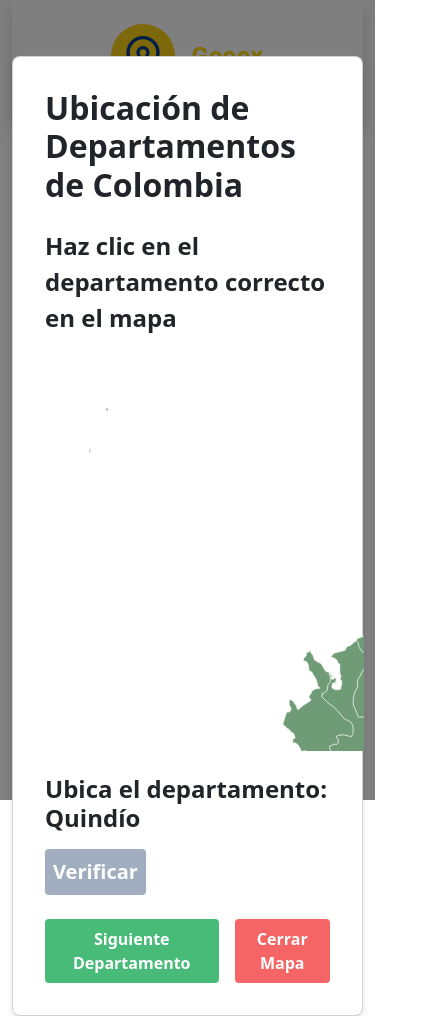
Repository: AngelPalaciosN/GeoEx-colombia
Page: / (app in geoex-colombia/), after clicking the first element matching `button.btn`
An editor plug-in stored every save of this project. The page is shown before and after the next save, followed by the edit.
The browser window is 375 px wide. The page is 444 px wide, so the pictures cover 444 px, including what lies to the right of the window. The pictures show the whole page.
The project was rebuilt for these pictures with package versions that can differ from the ones it lists, and the page was loaded fresh each time.

Above is the page before, as saved 2024-10-14 17:18:34.

### geoex-colombia/public/index.html
<!DOCTYPE html>
<html lang="en">
  <head>
    <meta charset="utf-8" />
    <meta name="viewport" content="width=device-width, initial-scale=1" />
    <meta
      name="description"
      content="Web site created using create-react-app"
    />
    <link rel="apple-touch-icon" href="%PUBLIC_URL%/logo192.png" />
    <!--
      manifest.json provides metadata used when your web app is installed on a
      user's mobile device or desktop. See https://developers.google.com/web/fundamentals/web-app-manifest/
    -->
    <link rel="manifest" href="%PUBLIC_URL%/manifest.json" />
    <!--
      Notice the use of %PUBLIC_URL% in the tags above.
      It will be replaced with the URL of the `public` folder during the build.
      Only files inside the `public` folder can be referenced from the HTML.

      Unlike "/favicon.ico" or "favicon.ico", "%PUBLIC_URL%/favicon.ico" will
      work correctly both with client-side routing and a non-root public URL.
      Learn how to configure a non-root public URL by running `npm run build`.
    -->
    <title>GeoEx-Colombia</title>
  </head>
  <body>
    <noscript>You need to enable JavaScript to run this app.</noscript>
    <div id="root"></div>
    <!--
      This HTML file is a template.
      If you open it directly in the browser, you will see an empty page.

      You can add webfonts, meta tags, or analytics to this file.
      The build step will place the bundled scripts into the <body> tag.

      To begin the development, run `npm start` or `yarn start`.
      To create a production bundle, use `npm run build` or `yarn build`.
    -->
  </body>
</html>

### geoex-colombia/src/index.js
import React from 'react';
import ReactDOM from 'react-dom/client';
import 'bootstrap/dist/js/bootstrap.bundle.min';
import './scss/style.scss';
import App from './App';


const root = ReactDOM.createRoot(document.getElementById('root'));
root.render(
  <React.StrictMode>
    <App />
  </React.StrictMode>
);

### geoex-colombia/src/scss/style.scss
$primary: #FFD700;
$secondary: #0033A0;
$danger: #CE1126;

@import "~bootstrap/scss/bootstrap";
@import 'responsive';

### geoex-colombia/src/App.js
import React from 'react';
import { BrowserRouter as Router, Routes, Route, Navigate } from 'react-router-dom';
import Home from './components/Home';

function App() {
  return (
    <Router>
      <Routes>
        <Route path="/Inicio" element={<Home />} />
        <Route path="*" element={<Navigate to="/Inicio" />} />
      </Routes>
    </Router>
  );
}

export default App;

### geoex-colombia/src/scss/_responsive.scss
$scroll-o: $primary;
$scroll-i: $secondary;
body{
    display: grid;
    padding: 0;
    margin: 0;
    box-sizing: border-box;
    grid-template-columns: repeat(1, 2fr);
    grid-template-rows: repeat(1, 2fr);

    &::-webkit-scrollbar{
      width: 0.5rem;
    }
    &::-webkit-scrollbar-track {
      background: $scroll-i;
  }
    &::-webkit-scrollbar-thumb{
      background-color: $scroll-o;
      border-radius: 0.5rem;
    }
  }


  section {
    display: flex;
    align-items: center;
    justify-content: space-between;
    text-align: center;
    flex-wrap: wrap;
    margin: auto;
    height: 85vh;
  }

### geoex-colombia/src/components/Home.jsx
import React from 'react';
import Header from './modules/Header';
import Sec1 from './modules/Sec1';

function Home() {
  return (
    <div class="container-fluid">
      <Header />
      <Sec1 />
    </div>
  );
}

export default Home;

### geoex-colombia/src/components/modules/Header.jsx
import React from 'react';
import '../../scss/header.scss';

function Header() {
  return (
    <header id='con' className="bg-white shadow" style={{ fontFamily: "'Roboto', sans-serif" }}>
      <div className="container py-4">
        <div className="row justify-content-center align-items-center">
          <div className="col-auto d-flex align-items-center">
            <div className="rounded-circle d-flex justify-content-center align-items-center" style={{ width: '64px', height: '64px', backgroundColor: '#FCD116' }}>
              <svg
                xmlns="http://www.w3.org/2000/svg"
                viewBox="0 0 24 24"
                fill="none"
                stroke="#003893"
                strokeWidth="2"
                strokeLinecap="round"
                strokeLinejoin="round"
                style={{ width: '40px', height: '40px' }}
              >
                <path d="M21 10c0 7-9 13-9 13s-9-6-9-13a9 9 0 0 1 18 0z" />
                <circle cx="12" cy="10" r="3" />
              </svg>
            </div>
            <span className="h2 mb-0 ms-3 fw-bold text-primary" style={{ letterSpacing: '0.5px' }}>Geoex</span>
          </div>
        </div>
      </div>
      <div className="d-flex" style={{ height: '8px' }}>
        <div className="w-50" style={{ backgroundColor: '#FCD116' }}></div>
        <div className="w-25" style={{ backgroundColor: '#003893' }}></div>
        <div className="w-25" style={{ backgroundColor: '#CE1126' }}></div>
      </div>
    </header>
      );
}

export default Header;

### geoex-colombia/src/components/modules/Sec1.jsx
import React, { useState } from 'react';
import { useTypewriter, Cursor } from 'react-simple-typewriter';
import Mapa from './mapa';
import '../../scss/mapa.scss';

function Sec1() {
  const [isMapV, setMapV] = useState(false);
  const [isAnimating, setIsAnimating] = useState(false);

  const handleOpenMap = () => {
    setIsAnimating(true);
    setMapV(true);
  };

  const handleCloseMap = () => {
    setIsAnimating(false);
    // Retrasa el cierre del componente para permitir que se complete la animación
    setTimeout(() => setMapV(false), 500); // 500ms coincide con la duración de la animación
  };

  const [text] = useTypewriter({
    words: ['territorio', 'país', 'Colombia'],
    loop: true,
    typeSpeed: 100,
    deleteSpeed: 50,
    delaySpeed: 1000,
  });

  const getColor = (word) => {
    if (word.includes('territorio')) {
      return 'yellow';
    } else if (word.includes('país')) {
      return 'blue';
    } else if (word.includes('Colombia')) {
      return 'red';
    } else {
      return 'black';
    }
  };

  return (
    <div style={{ position: 'relative' }}>
      <section id='sec1' className="py-5">
        <div className="container">
          <div className="row">
            <div className="col-12 text-center">
              <h1 className="display-4">
                Conoce tu{' '}
                <span style={{ color: getColor(text) }}>
                  {text}
                  <Cursor />
                </span>
              </h1>
              <button className='btn btn-primary' onClick={handleOpenMap}>Jugar</button>
            </div>
          </div>
        </div>
      </section>

      {/* Overlay oscuro */}
      {isMapV && (
        <div className={`overlay ${isAnimating ? 'show' : 'hide'}`}></div>
      )}

      {/* Componente MapaV */}
      {isMapV && (
        <div className={`MapaV ${isAnimating ? 'show' : 'hide'}`}>
          <Mapa onClose={handleCloseMap} />
        </div>
      )}
    </div>
  );
}

export default Sec1;

### geoex-colombia/src/scss/header.scss
#con {
    width: 100% !important;
  }

### geoex-colombia/src/components/modules/mapa.jsx
'use client'

import React, { useState, useEffect } from 'react'
import '../../scss/mapa.scss'
import { ReactComponent as ColombiaMap } from '../../images/co.svg'

const departments = [
  "Amazonas", "Antioquia", "Arauca", "Atlántico", "Bolívar", "Boyacá", "Caldas", "Caquetá", "Casanare", "Cauca",
  "Cesar", "Chocó", "Córdoba", "Cundinamarca", "Guainía", "Guaviare", "Huila", "La Guajira", "Magdalena", "Meta",
  "Nariño", "Norte de Santander", "Putumayo", "Quindío", "Risaralda", "San Andrés y Providencia", "Santander",
  "Sucre", "Tolima", "Valle del Cauca", "Vaupés", "Vichada", "Distrito Capital de Bogotá"
];

const departmentIds = {
  "Nariño": "CONAR",
  "Putumayo": "COPUT",
  "Chocó": "COCHO",
  "Guainía": "COGUA",
  "Vaupés": "COVAU",
  "Amazonas": "COAMA",
  "La Guajira": "COLAG",
  "Cesar": "COCES",
  "Norte de Santander": "CONSA",
  "Arauca": "COARA",
  "Boyacá": "COBOY",
  "Vichada": "COVID",
  "Cauca": "COCAU",
  "Valle del Cauca": "COVAC",
  "Antioquia": "COANT",
  "Córdoba": "COCOR",
  "Sucre": "COSUC",
  "Bolívar": "COBOL",
  "Atlántico": "COATL",
  "Magdalena": "COMAG",
  "San Andrés y Providencia": "COSAP",
  "Caquetá": "COCAQ",
  "Huila": "COHUI",
  "Guaviare": "COGUV",
  "Caldas": "COCAL",
  "Casanare": "COCAS",
  "Meta": "COMET",
  "Distrito Capital de Bogotá": "CODC",
  "Santander": "COSAN",
  "Tolima": "COTOL",
  "Quindío": "COQUI",
  "Cundinamarca": "COCUN",
  "Risaralda": "CORIS"
};

export default function Mapa({ onClose }) {
  const [selectedDepartment, setSelectedDepartment] = useState("");
  const [targetDepartment, setTargetDepartment] = useState("");
  const [showResult, setShowResult] = useState(false);
  const [isCorrect, setIsCorrect] = useState(false);

  const handleDepartmentClick = (event) => {
    const departmentId = event.target.id;
    const department = Object.keys(departmentIds).find(key => departmentIds[key] === departmentId);
    setSelectedDepartment(department || "");
  };

  const handleSubmit = () => {
    setIsCorrect(selectedDepartment === targetDepartment);
    setShowResult(true);
  };

  const handleNextDepartment = () => {
    const randomDepartment = departments[Math.floor(Math.random() * departments.length)];
    setTargetDepartment(randomDepartment);
    setSelectedDepartment("");
    setShowResult(false);
  };

  useEffect(() => {
    handleNextDepartment();
  }, []);

  return (
    <div className="card">
      <div className="card-content">
        <h2 className="title">Ubicación de Departamentos de Colombia</h2>
        <p className="subtitle">Haz clic en el departamento correcto en el mapa</p>
        <div className="map-container">
          <ColombiaMap
            className="map"
            onClick={handleDepartmentClick}
          />
        </div>
        <div className="game-info">
          <h3 className="subtitle">Ubica el departamento: {targetDepartment}</h3>
          {/* Aquí se eliminó el texto que mostraba el departamento seleccionado */}
          <button
            onClick={handleSubmit}
            disabled={!selectedDepartment || showResult}
            className="button submit-button"
          >
            Verificar
          </button>
          {showResult && (
            <div className={`result ${isCorrect ? 'correct' : 'incorrect'}`}>
              {isCorrect ? "¡Correcto!" : `Incorrecto. El departamento correcto es ${targetDepartment}.`}
            </div>
          )}
        </div>
        <div className="button-container">
          <button
            onClick={handleNextDepartment}
            className="button next-button"
          >
            Siguiente Departamento
          </button>
          <button
            onClick={onClose}
            className="button close-button"
          >
            Cerrar Mapa
          </button>
        </div>
      </div>
    </div>
  )
}

### geoex-colombia/src/scss/mapa.scss
#mapa {
    display: grid;
    margin: auto;
    background: white;
    align-items: center;
    text-align: center;
  }

  /* mapa.scss */
@keyframes fadeIn {
    from {
      opacity: 0;
      transform: scale(0.9);
    }
    to {
      opacity: 1;
      transform: scale(1);
    }
  }

  @keyframes fadeOut {
    from {
      opacity: 1;
      transform: scale(1);
    }
    to {
      opacity: 0;
      transform: scale(0.9);
    }
  }

  .MapaV {
    position: absolute;
    top: -8rem;
    left: 0;
    width: 100%;
    height: 100%;
    z-index: 10;
    opacity: 0;
    visibility: hidden;
    transition: visibility 0s, opacity 0.5s ease-in-out, transform 0.5s ease-in-out;

    &.show {
      visibility: visible;
      opacity: 1;
      animation: fadeIn 0.5s forwards;
    }

    &.hide {
      animation: fadeOut 0.5s forwards;
      opacity: 0;
      visibility: hidden;
      transition: visibility 0s 0.5s;
    }

    /* Estilos para dispositivos móviles */
    @media (max-width: 768px) {
      top: -6rem; /* Ajusta este valor según sea necesario para pantallas pequeñas */
    }

    @media (max-width: 480px) {
      top: -4rem; /* Para pantallas más pequeñas, como teléfonos */
    }
  }

  .card {
    width: 100%;
    max-width: 60rem;
    margin: 0 auto;
    background-color: white;
    border-radius: 0.5rem;
    box-shadow: 0 4px 6px rgba(0, 0, 0, 0.1);
  }

  .card-content {
    padding: 2rem;
  }

  .title {
    font-size: 2rem;
    font-weight: bold;
    margin-bottom: 1.5rem;
  }

  .subtitle {
    font-size: 1.5rem;
    font-weight: 600;
    margin-bottom: 1rem;
  }

  .map-container {
    width: 100%;
    margin-bottom: 1.5rem;
  }

  .map {
    max-width: 140%;
    height: auto;
    margin: auto;
    position: relative;
    left: -5rem;
  }

  .department {
    cursor: pointer;
    transition: fill 0.2s;

    &:hover {
      fill: #4a5568;
    }

    &.selected {
      fill: #3182ce;
    }
  }

  .game-info {
    margin-bottom: 1.5rem;
    font-size: 1.25rem;
  }

  .button {
    padding: 0.5rem;
    border: none;
    border-radius: 0.25rem;
    cursor: pointer;
    font-weight: 600;
    transition: background-color 0.2s;

    &.submit-button {
      background-color: #4299e1;
      color: white;

      &:hover {
        background-color: #3182ce;
      }

      &:disabled {
        background-color: #a0aec0;
        cursor: not-allowed;
      }
    }

    &.next-button {
      background-color: #48bb78;
      color: white;
      margin-right: 1rem;

      &:hover {
        background-color: #38a169;
      }
    }

    &.close-button {
      background-color: #f56565;
      color: white;

      &:hover {
        background-color: #e53e3e;
      }
    }
  }

  .result {
    margin-top: 1.5rem;
    padding: 1.5rem;
    border-radius: 0.25rem;

    &.correct {
      background-color: #c6f6d5;
      color: #2f855a;
    }

    &.incorrect {
      background-color: #fed7d7;
      color: #c53030;
    }
  }

  .button-container {
    display: flex;
    justify-content: flex-start;
    margin-top: 1.5rem;
  }

  .map path {
    cursor: pointer;
    transition: fill 0.3s ease;

    &:hover {
      fill: #ffcc00;
      stroke: #ffcc00;
      stroke-width: 2;
    }
  }

  .overlay {
    position: fixed;
    top: 0;
    left: 0;
    width: 100vw;
    height: 100vh;
    background-color: rgba(0, 0, 0, 0.5); /* Oscurece con transparencia */
    opacity: 0;
    visibility: hidden;
    transition: opacity 0.5s ease-in-out, visibility 0.5s ease-in-out;
    z-index: 9; /* Debe estar debajo del MapaV */
  }

  .overlay.show {
    opacity: 1;
    visibility: visible;
  }

  .overlay.hide {
    opacity: 0;
    visibility: hidden;
  }

After the next save:
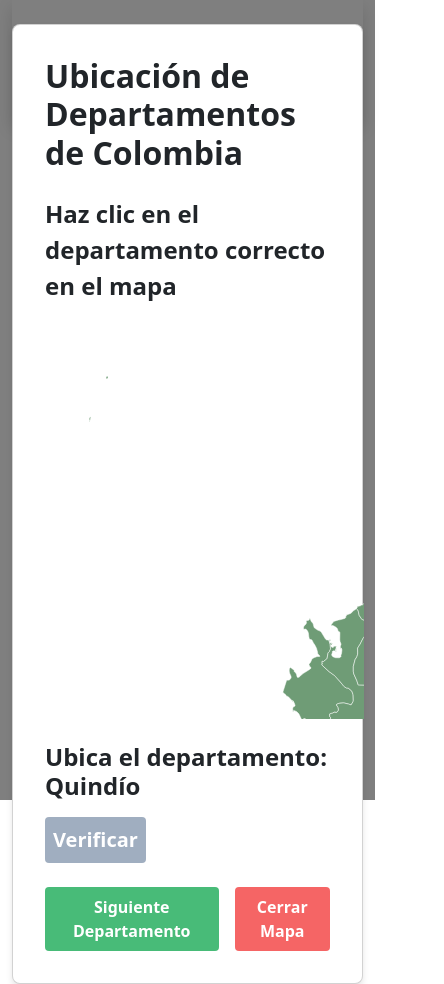
Saved 4 s later.
--- a/geoex-colombia/src/scss/mapa.scss
+++ b/geoex-colombia/src/scss/mapa.scss
@@ -59,7 +59,7 @@
     }
 
     @media (max-width: 480px) {
-      top: -4rem; /* Para pantallas más pequeñas, como teléfonos */
+      top: -6rem; /* Para pantallas más pequeñas, como teléfonos */
     }
   }
 
